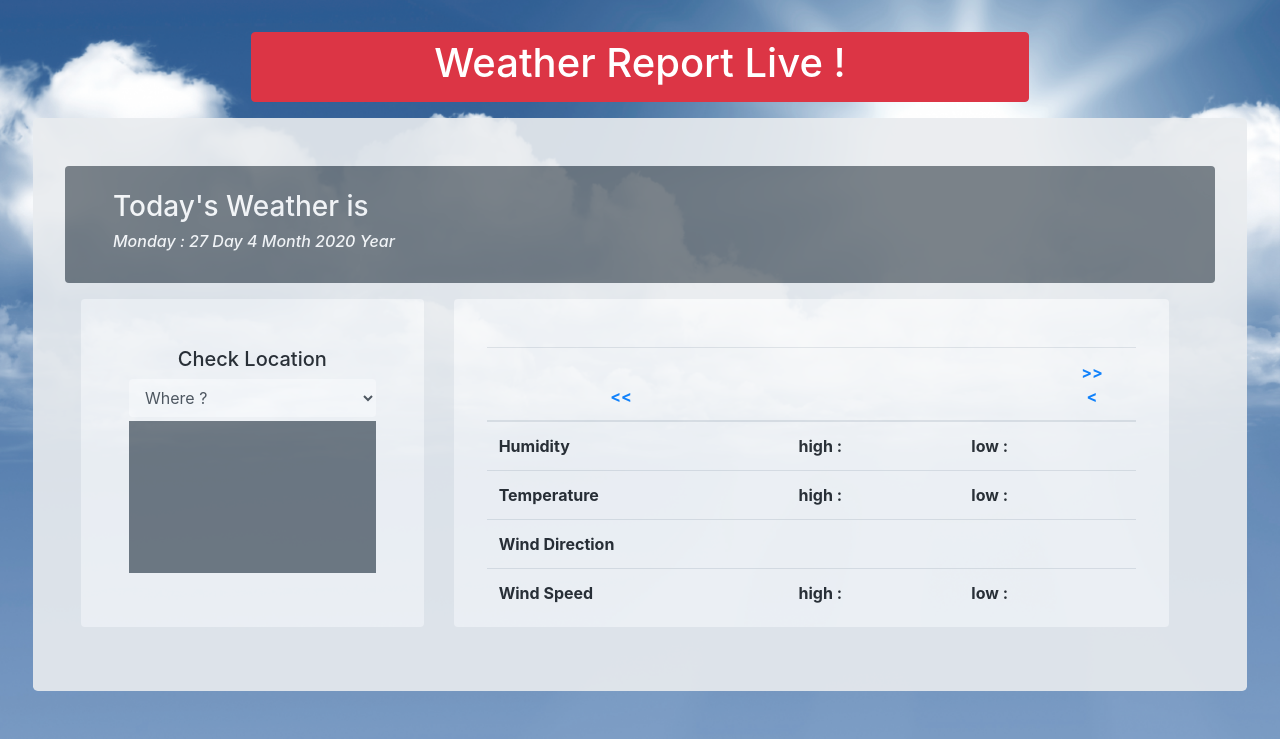
Repository: Code-Institute-Submissions/projectchen88-weatherForecast
Page: index.html
The author's editor kept a record of every edit. The page is drawn from the files as they stood at one moment, then again after the next edit.
The browser window is 1280 px wide. The pictures show the whole page.
The page's requests for data from a server got no answer.

Above is the page before.
Console error (its wording comes from the project's code and is left out).

After the next edit:
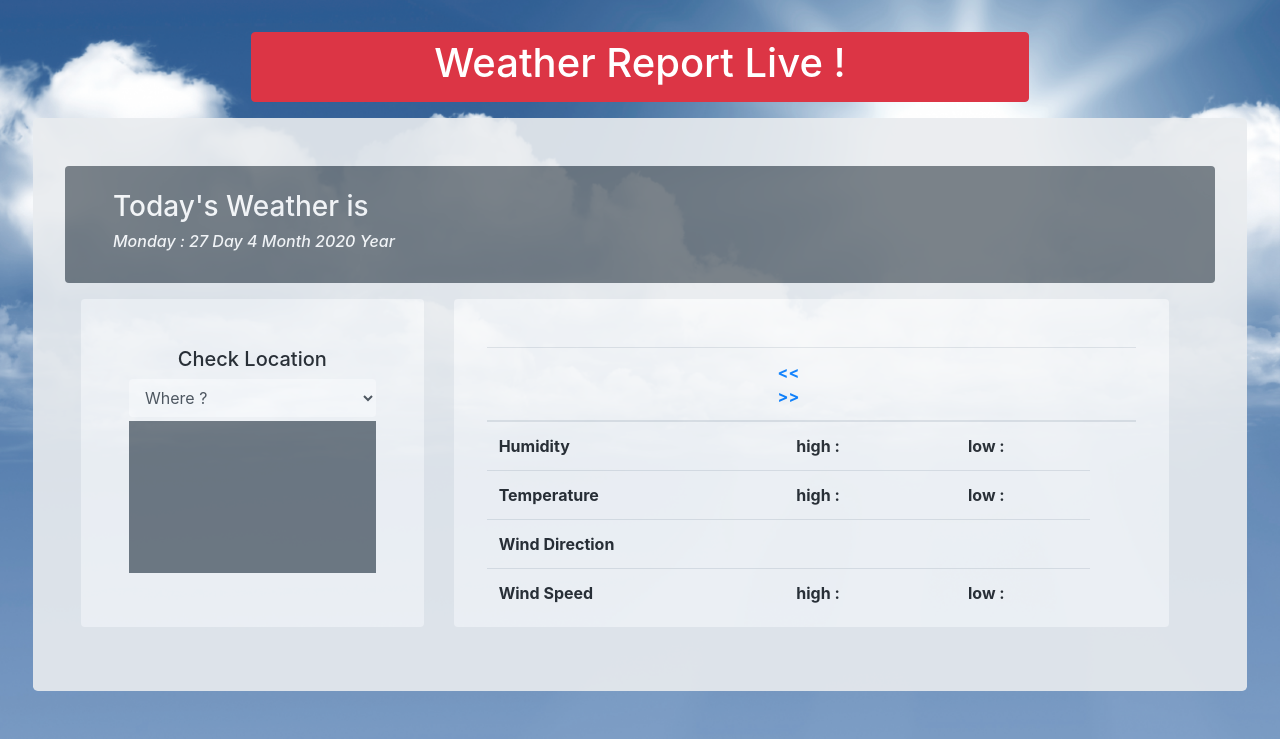
The edit:
--- a/index.html
+++ b/index.html
@@ -71,9 +71,12 @@
                                             <table class='table table-stripe '>
                                                 <thead>
                                                     <tr>
-                                                        <th><div id='prev-day' class='text-primary'> << </div></th>
-                                                        <th id='forecast-title' colspan='3'></th>
-                                                        <th id='next-day' class='text-primary'><div id='next-day' class='text-primary'> >> </div>< </th>
+                                                        <th colspan='5'>
+                                                            <div id='prev-day' class='text-primary'> << </div>
+                                                            <span id='forecast-title'></span>
+                                                            <div id='next-day' class='text-primary'> >> </div>
+                                                        </th>
+                                                        <th id='next-day' class='text-primary'></th>
                                                     </tr>
                                                 </thead>
                                                 <tbody>
